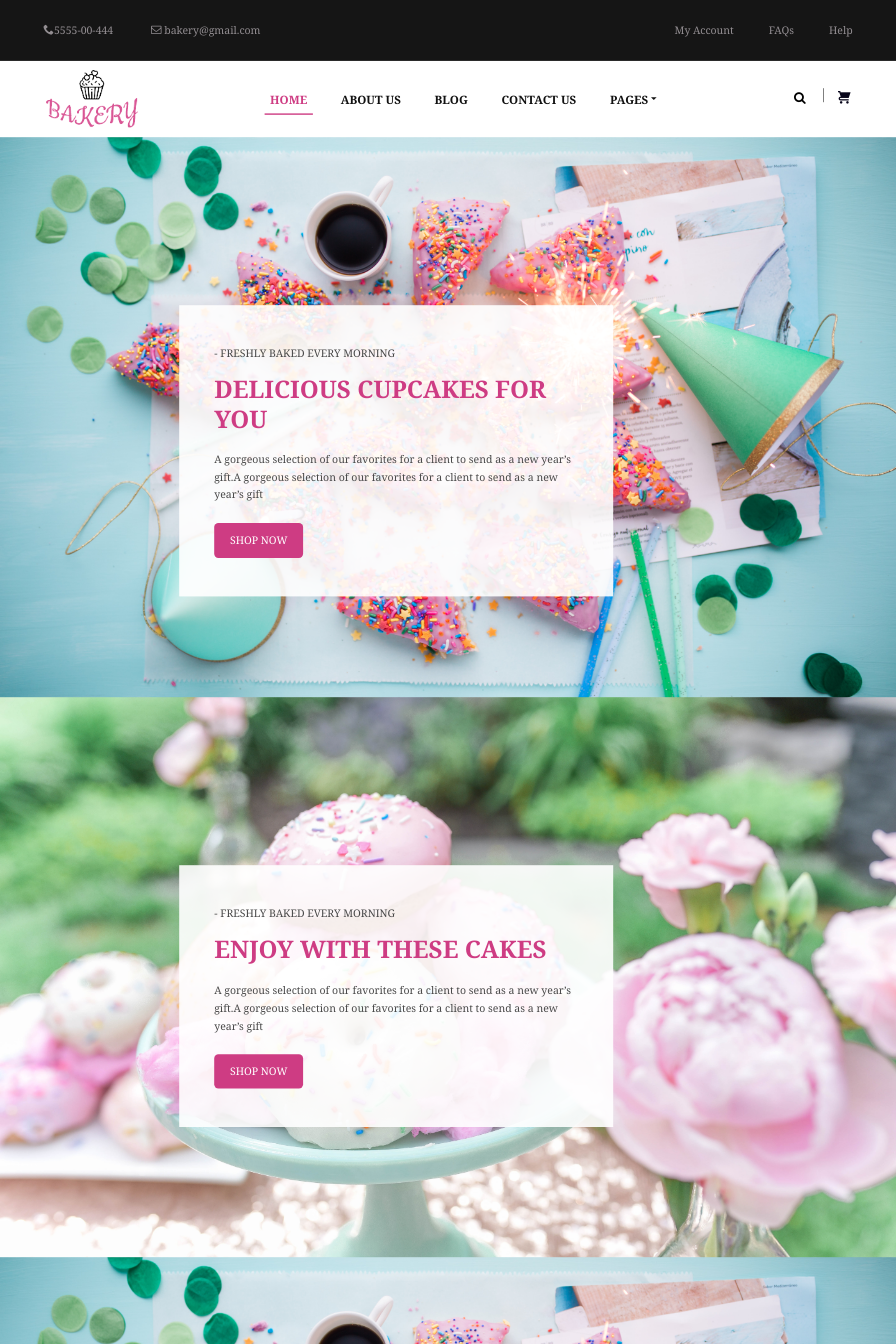
Repository: AlaaBashirSaijary/Barky
Page: http://localhost/index
An editor plug-in stored every save of this project. The page is shown before and after the next save, followed by the edit.
The browser window is 1280 px wide. The pictures show the part of the page from y = 0 to 1920 px (the page is 8815 px tall before and 8770 px after), at 70% of full size.
Some web fonts or font styles are not loaded; a fallback is used. The page is served by the project's Laravel application, run on PHP 8.4 with Laravel 10. Other server files are loaded and not shown.

Above is the page before, as saved 2023-12-14 17:59:34.

### routes/web.php
<?php

use Illuminate\Support\Facades\Route;
use App\Http\Controllers\ProudctController;
use App\Http\Controllers\HomeController;
use App\Http\Controllers\CardController;
use App\Http\Controllers\PagesController;



/*
|--------------------------------------------------------------------------
| Web Routes
|--------------------------------------------------------------------------
|
| Here is where you can register web routes for your application. These
| routes are loaded by the RouteServiceProvider and all of them will
| be assigned to the "web" middleware group. Make something great!
|
*/

Route::get('/', function () {
    return view('welcome');
});
Route::get('/home', function () {
    return view('home');
});
Route::view('/welcome', 'welcome');

Route::view('/hello', 'home', ['name' => 'Taylor',"id"=>1]);
Route::get('/proudct/{id}', function (string $id) {
    return view('proudct',["id"=>$id]);
});
Route::get('/user/{id}', function (string $id) {
    return 'User '.$id;
});
Route::get('/user/{name?}', function (?string $name = null) {
    return $name;
});

Route::get('/user/{name?}', function (?string $name = 'John') {
    return $name;
});
Route::get('/user/{id}/{name}', function (string $id, string $name) {
    // ...
})->whereNumber('id')->whereAlpha('name');

Route::get('/user/{name}', function (string $name) {
    // ...
})->whereAlphaNumeric('name');

Route::get('/user/{id}', function (string $id) {
    // ...
})->whereUuid('id');
Route::view('/h', 'proudct');
Route::get(
    '/proudct/{name}',
    [ProudctController::class, 'getProudct']
);
Route::get(
    '/proudcts',
    [ProudctController::class, 'getProudcts']
);
Route::get(
    '/card',
    [CardController::class, 'getCard']
);
Route::resource('photos', HomeController::class);
Route::get(
    '/index',
    [PagesController::class, 'getPages']
);

### app/Http/Controllers/PagesController.php
<?php

namespace App\Http\Controllers;

use Illuminate\Http\Request;

class PagesController extends Controller
{
    //
    public function getPages(){
        return view("pages.index");
    }
}

### resources/views/master/app.blade.php
<!DOCTYPE html>
	<html>
	<head>
		<title>Bakery</title>
		<meta charset="utf-8">
	    <meta http-equiv="X-UA-Compatible" content="IE=edge">
	    <meta name="viewport" content="width=device-width, initial-scale=1.0">
	    <meta name="format-detection" content="telephone=no">
	    <meta name="apple-mobile-web-app-capable" content="yes">
	    <meta name="author" content="">
	    <meta name="keywords" content="">
	    <meta name="description" content="">
	    <link rel="stylesheet" type="text/css" href={{ asset("fonts/icomoon/icomoon.css") }}>
	    <link rel="stylesheet" type="text/css" href={{ asset("css/slick.css") }}>
		<link rel="stylesheet" type="text/css" href={{ asset("css/slick-theme.css") }}>
		<link rel="stylesheet" type="text/css" href={{ asset("css/magnific-popup.css") }}>

		<link rel="preconnect" href={{asset("https://fonts.googleapis.com")}}>
		<link rel="preconnect" href={{asset("https://fonts.gstatic.com" )}}crossorigin>

		<link href={{ asset("https://fonts.googleapis.com/css2?family=Merriweather:ital,wght@0,400;0,700;1,400;1,700&display=swap") }} rel="stylesheet">

		<link rel="stylesheet" type="text/css" href={{ asset("css/bootstrap.min.css") }}>
	    <link rel="stylesheet" type="text/css" href={{ asset("css/style.css") }}>

	</head>

<body>


@include("master.header")
@yield("content")
@include("master.footer")


	<script src={{ asset("js/jquery-1.11.0.min.js") }}></script>
	<script type="text/javascript" src={{ asset("js/bootstrap.bundle.min.js") }}></script>
	<script type="text/javascript" src={{ asset("js/slick.min.js") }}></script>
	<script type="text/javascript" src={{ asset("js/jquery.magnific-popup.min.js") }}></script>
	<script type="text/javascript" src={{ asset("js/script.js") }}></script>

</body>
</html>

### resources/views/master/header.blade.php

<div id="main-wrapper" class="overflow-hidden">
	<div id="header-wrap">
	<div class="header-top-menu bg-black color-secondary">
		<div class="container">
			<div class="row">
				<div class="wrap flex-container padding-small">
				<div class="contact-block">
					<span class="pr-50"><i class="icon icon-phone"></i>5555-00-444</span>
					<span class="color-secondary"><i class="icon icon-envelope-o"></i><a href="#"> bakery@gmail.com</a></span>
				</div>

				<div class="header-top-right">
					<ul class="list-unstyled d-flex color-secondary">
						<li class="pr-50"><a href="#">My Account</a></li>
						<li class="pr-50"><a href="#">FAQs</a></li>
						<li><a href="#">Help</a></li>
					</ul>
				</div>
				</div><!--flex-container-->
			</div>
		</div>
	</div><!----top-menu---->

	<header id="header">
		<div class="container">
			<div class="row">

				<nav class="navbar navbar-expand-lg col-md-12">

					<div class="navbar-brand">
						<a href="index.html">
							<img src="images/main-logo.png" alt="logo">
						</a>
					</div>

					<button class="navbar-toggler collapsed" type="button" data-toggle="collapse" data-target="#slide-navbar-collapse" aria-controls="slide-navbar-collapse" aria-expanded="false" aria-label="Toggle navigation">
						<span class="navbar-toggler-icon"><i class="icon icon-navicon"></i></span>
					</button>

					<div class="navbar-collapse collapse" id="slide-navbar-collapse">
						<ul class="navbar-nav list-inline text-uppercase">
							<li class="nav-item text-hover active"><a href="index.html" class="nav-link" data-effect="Home">Home</a></li>
							<li class="nav-item text-hover"><a href="about.html" class="nav-link" data-effect="About Us">About us</a></li>
							<li class="nav-item text-hover"><a href="blog.html" class="nav-link" data-effect="Blogs">Blog</a></li>
							<li class="nav-item text-hover"><a href="contact.html" class="nav-link" data-effect="Contact">Contact us</a></li>

							<li class="nav-item dropdown">
								<a href="#" data-bs-toggle="dropdown" aria-expanded="false" class="nav-link dropdown-toggle">Pages</a>
								<ul class="dropdown-menu">
									<li><a href="about.html" class="dropdown-item">About us</a></li>
									<li><a href="blog.html" class="dropdown-item">Blog</a></li>
									<li><a href="single-post.html" class="dropdown-item">Single Post</a></li>
									<li><a href="contact.html" class="dropdown-item">Contact us</a></li>
									<li><a href="shop.html" class="dropdown-item">Shop</a></li>
									<li><a href="single-product.html" class="dropdown-item">Single Product</a></li>
								</ul>
							</li>

						</ul>
					</div>

					<div class="action-menu">
						<div class="searchbar">
							<a href="#" class="search-button search-toggle" data-selector=".navbar">
								<i class="icon icon-search"></i>
							</a>
							<form role="search" method="get" class="search-box" action="">
								<input class="search-field text search-input" placeholder="Search" type="search">
							</form>
						</div>
						<div class="shopping-cart">
							<a href="#">
								<i class="icon icon-shopping-cart"></i>
							</a>
						</div>
					</div><!--action-menu-->

				</nav>

			</div>
		</div>

	</header>

</div><!--header-wrap-->

### resources/views/master/footer.blade.php
<footer id="footer">
	<div class="container">
		<div class="row">
			<div class="wrap flex-container">

			<div class="col-md-3 footer-logo text-center mb-3">
				<img src={{ asset("images/main-logo.png" ) }}class="mb-3">
				<p>Bakery is a free HTML CSS Template by Templates Jungle specially crafted for Bakeries.</p>
			</div>

			<div class="col-md-5 mr-5 mb-3">
				<div class="widget-newsletter mb-5">
					<h4 class="widget-title">Subscribe To Our Newletter</h4>
					<div class="newsletter-button d-flex">
						<input type="text" name="Subscribe" placeholder="Your Email Address">
						<button class="btn-hvr-effects">Subscribe</button>
					</div>

				</div><!--widget-newsletter-->

				<div class="working-schedule">
					<h4 class="widget-title">Our Work Time</h4>
					<div class="time-list d-flex">
						<ul class="list-unstyled mr-5">
							<li>Monday - Friday</li>
							<li>8:00am - 8:30 pm</li>
						</ul>
						<ul class="list-unstyled">
							<li>Saturday - Sunday</li>
							<li>10:00am - 16:00 pm</li>
						</ul>
					</div>
				</div>
			</div><!--col-md-4-->

			<div class="col-md-2">
				<div class="quick-links">
					<h4 class="widget-title">Quick Links</h4>
					<div class="footer-menu">
						<ul class="list-unstyled">
							<li><a href="#">Home</a></li>
							<li><a href="about.html">About us</a></li>
							<li><a href="#">Gallery</a></li>
							<li><a href="#">Shop</a></li>
							<li><a href="blog.html">Blogs</a></li>
							<li><a href="contact.html">Contact us</a></li>
						</ul>
					</div>
				</div>
			</div>

			</div><!--flex-container-->

		</div>
	</div>
</footer>

<div class="footer-bottom">
	<div class="container">
		<div class="wrap flex-container padding-small">
			<div class="copyright">
				<p class="mb-0">© 2021 Bakery HTML Template by <a href="https://templatesjungle.com/" target="_blank">Templates Jungle</a></p>
			</div>
			<div class="payment-card">
				<span>We Accept:</span>
				<img src={{asset("images/visa.png")  }} class="cardImg">
				<img src={{asset("images/american-express.png")  }} class="cardImg">
				<img src={{asset("images/master-card.png")  }} class="cardImg">
			</div>
		</div>
	</div>
</div>

### public/fonts/icomoon/icomoon.css
@font-face {
  font-family: 'icomoon';
  src:  url('fonts/icomoon.eot?3bsgu4');
  src:  url('fonts/icomoon.eot?3bsgu4#iefix') format('embedded-opentype'),
    url('fonts/icomoon.ttf?3bsgu4') format('truetype'),
    url('fonts/icomoon.woff?3bsgu4') format('woff'),
    url('fonts/icomoon.svg?3bsgu4#icomoon') format('svg');
  font-weight: normal;
  font-style: normal;
  font-display: block;
}

[class^="icon-"], [class*=" icon-"] {
  /* use !important to prevent issues with browser extensions that change fonts */
  font-family: 'icomoon' !important;
  speak: never;
  font-style: normal;
  font-weight: normal;
  font-variant: normal;
  text-transform: none;
  line-height: 1;

  /* Better Font Rendering =========== */
  -webkit-font-smoothing: antialiased;
  -moz-osx-font-smoothing: grayscale;
}

.icon-arrow-thin-left:before {
  content: "\e900";
}
.icon-arrow-thin-right:before {
  content: "\e901";
}
.icon-menu:before {
  content: "\e902";
}
.icon-shopping-cart:before {
  content: "\e903";
}
.icon-cost-dates:before {
  content: "\e911";
}
.icon-search:before {
  content: "\f002";
}
.icon-envelope-o:before {
  content: "\f003";
}
.icon-star:before {
  content: "\f005";
}
.icon-star-o:before {
  content: "\f006";
}
.icon-th:before {
  content: "\f00a";
}
.icon-th-list:before {
  content: "\f00b";
}
.icon-search-plus:before {
  content: "\f00e";
}
.icon-map-marker:before {
  content: "\f041";
}
.icon-chevron-left:before {
  content: "\f053";
}
.icon-chevron-right:before {
  content: "\f054";
}
.icon-calendar:before {
  content: "\f073";
}
.icon-linkedin-square:before {
  content: "\f08c";
}
.icon-twitter1:before {
  content: "\f099";
}
.icon-facebook1:before {
  content: "\f09a";
}
.icon-facebook-f:before {
  content: "\f09a";
}
.icon-bars:before {
  content: "\f0c9";
}
.icon-navicon:before {
  content: "\f0c9";
}
.icon-reorder:before {
  content: "\f0c9";
}
.icon-caret-right:before {
  content: "\f0da";
}
.icon-envelope:before {
  content: "\f0e0";
}
.icon-linkedin:before {
  content: "\f0e1";
}
.icon-angle-double-up:before {
  content: "\f102";
}
.icon-angle-double-down:before {
  content: "\f103";
}
.icon-angle-left:before {
  content: "\f104";
}
.icon-angle-right:before {
  content: "\f105";
}
.icon-angle-up:before {
  content: "\f106";
}
.icon-angle-down:before {
  content: "\f107";
}
.icon-youtube:before {
  content: "\f167";
}
.icon-instagram:before {
  content: "\f16d";
}
.icon-pinterest-p:before {
  content: "\f231";
}
.icon-phone:before {
  content: "\e942";
}
.icon-calendar1:before {
  content: "\e953";
}
.icon-mobile:before {
  content: "\e958";
}
.icon-bubble:before {
  content: "\e96b";
}
.icon-google:before {
  content: "\ea88";
}
.icon-google-plus:before {
  content: "\ea8b";
}
.icon-facebook:before {
  content: "\ea90";
}
.icon-twitter:before {
  content: "\ea96";
}
.icon-linkedin2:before {
  content: "\eaca";
}

Loaded but not shown: app/Http/Controllers/Controller.php (common file); public/css/slick.css (common file); public/css/slick-theme.css (library); public/css/magnific-popup.css (library); public/css/bootstrap.min.css (library); public/js/jquery-1.11.0.min.js (library); public/js/bootstrap.bundle.min.js (library); public/js/slick.min.js (library); public/js/jquery.magnific-popup.min.js (library); public/images/thebakery.svg (573 lines, source omitted); public/images/breadcookies.svg (569 lines, source omitted); public/images/bakery.svg (553 lines, source omitted); public/css/style.css (6842 lines, source omitted); resources/views/pages/index.blade.php (405 lines, source omitted)

After the next save:
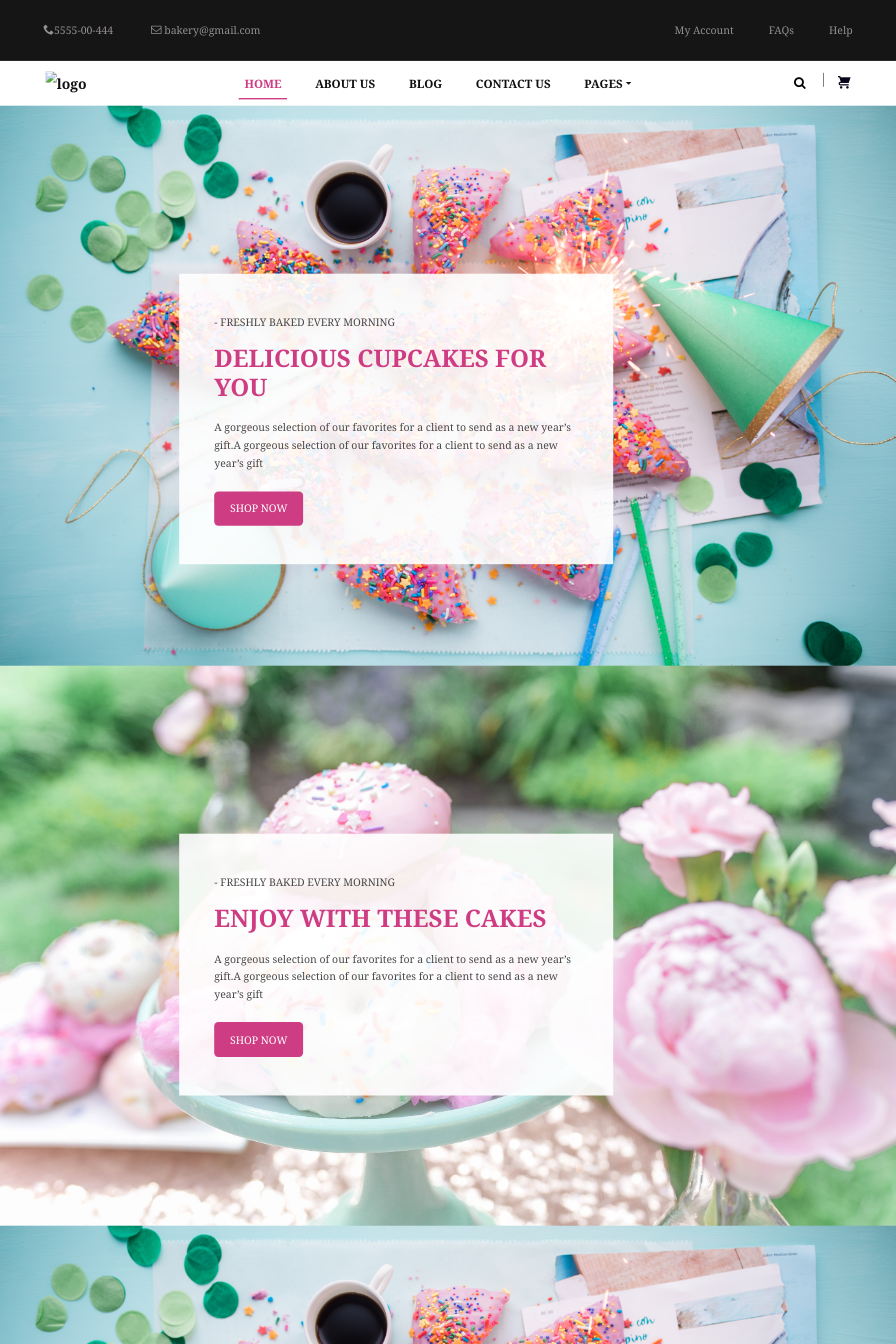
Saved 23 s later.
--- a/resources/views/master/header.blade.php
+++ b/resources/views/master/header.blade.php
@@ -30,7 +30,7 @@
 
 					<div class="navbar-brand">
 						<a href="index.html">
-							<img src="images/main-logo.png" alt="logo">
+							<img src=a"images/main-logo.png" alt="logo">
 						</a>
 					</div>
 

After the 3 saves that followed:
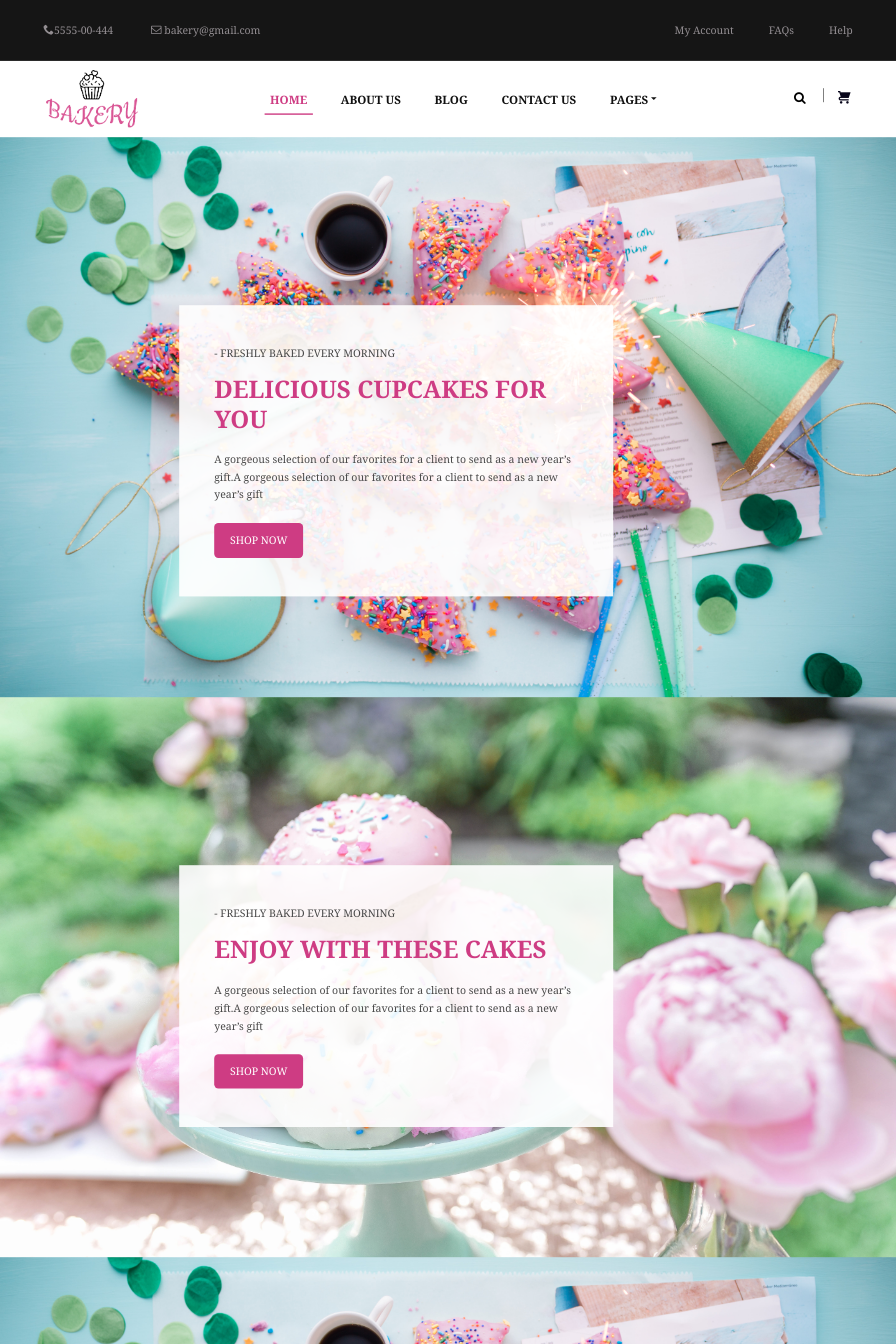
The 3 saves are shown as one change because 1 did not build or start and some came seconds apart.
The last was saved 12 s later.
--- a/resources/views/master/header.blade.php
+++ b/resources/views/master/header.blade.php
@@ -30,7 +30,7 @@
 
 					<div class="navbar-brand">
 						<a href="index.html">
-							<img src=a"images/main-logo.png" alt="logo">
+							<img src={{ asset("images/main-logo.png") }} alt="logo">
 						</a>
 					</div>
 
